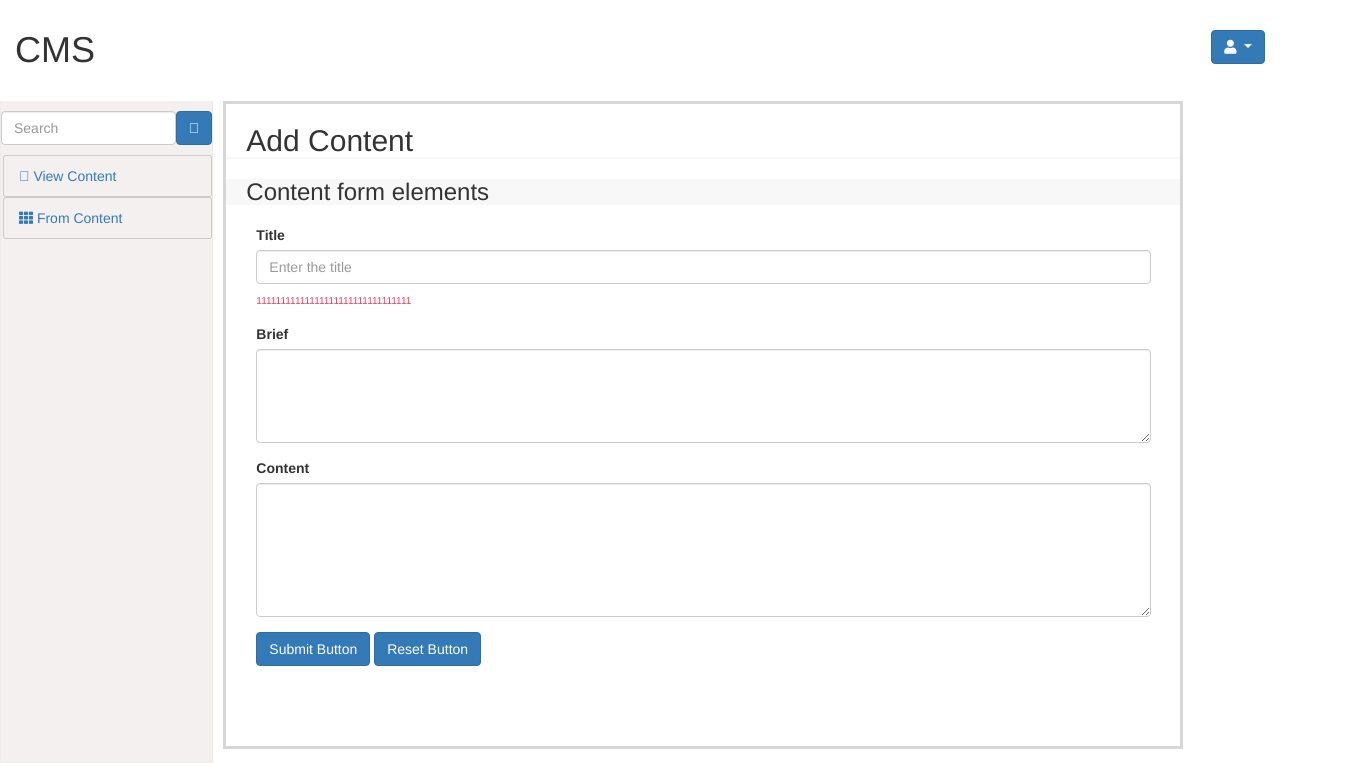
Repository: NgocNB20/travel
Page: NgocNb20_assigment8_9/add.html
These files come from the project's save history. The page is drawn as it stood at one moment and after the next save; the edit follows.
The browser window is 1280 px wide. The page is 1366 px wide, so the pictures cover 1366 px, including what lies to the right of the window. The pictures show the whole page.
Some web libraries are served in a nearby version.

Above is the page before, as saved 2021-10-06 15:36:35.

After the next save:
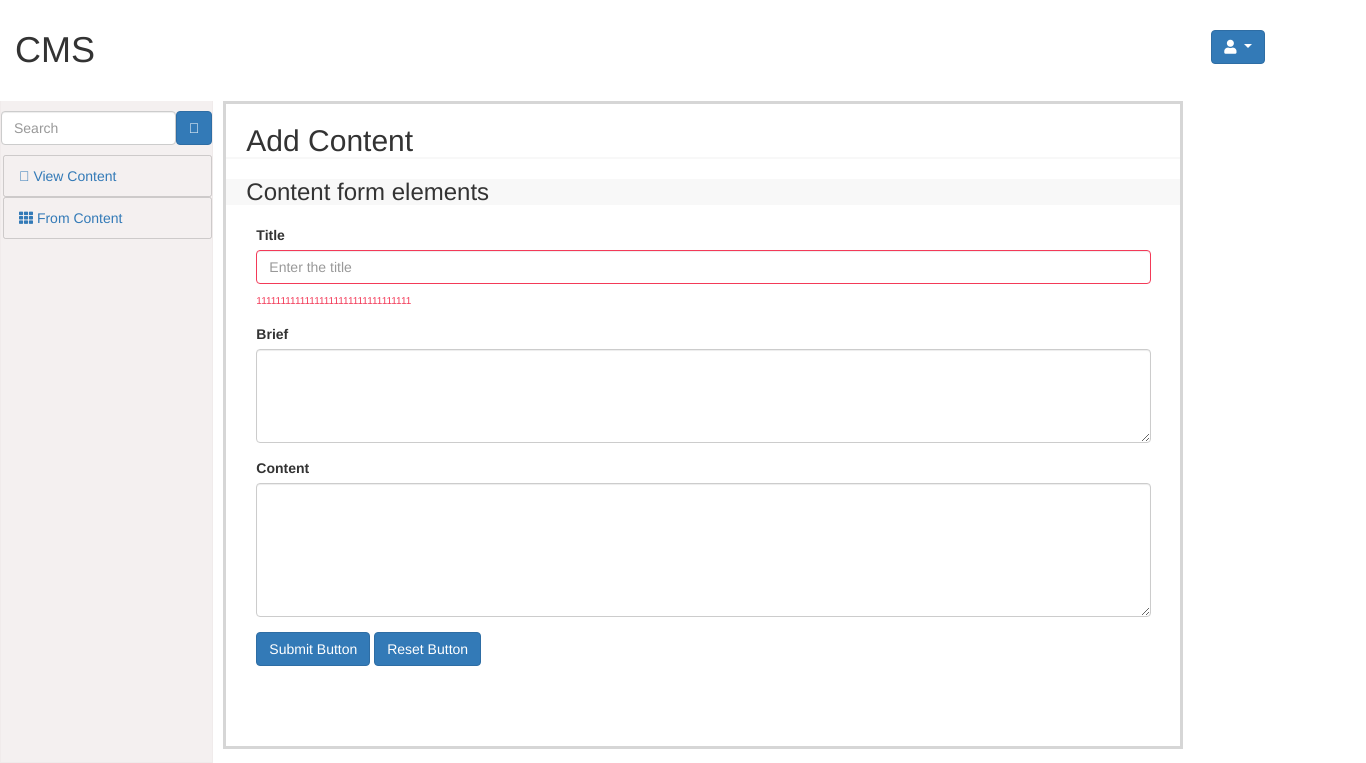
Saved 55 s later.
--- a/NgocNb20_assigment8_9/add.html
+++ b/NgocNb20_assigment8_9/add.html
@@ -79,7 +79,7 @@
                 <form id="form_input">
                   <div class="form-group ">
                     <label for="exampleFormControlInput1" class="form-desc">Title</label>
-                    <input type="email" class="form-control" id="exampleFormControlInput1"
+                    <input type="email" class="form-control invalid" id="exampleFormControlInput1"
                       placeholder="Enter the title">
                       <span class="form-message">11111111111111111111111111111111</span>
                   </div>
